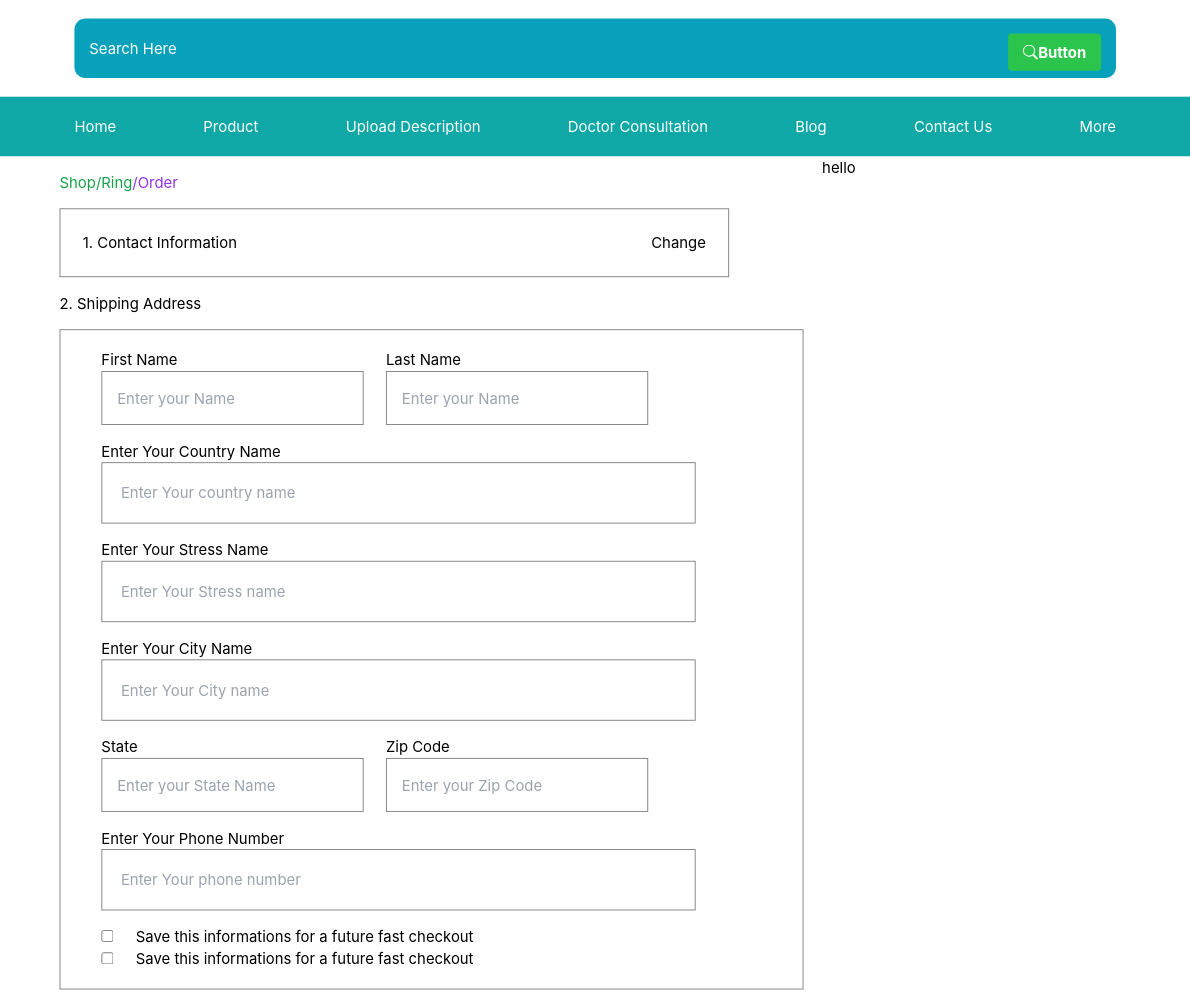
Repository: arafatmollah/form-pharma
Page: /
The author's editor kept a copy of each file at every save. The page is drawn from the files as they stood at one save, then again after a run of saves.
The browser window is 1280 px wide. The pictures show the whole page, at 93% of full size.
The project was rebuilt for these pictures with package versions that can differ from the ones it lists, and the page was loaded fresh each time.

Above is the page before, as saved 2023-03-15 00:11:19.

After the next 4 saves:
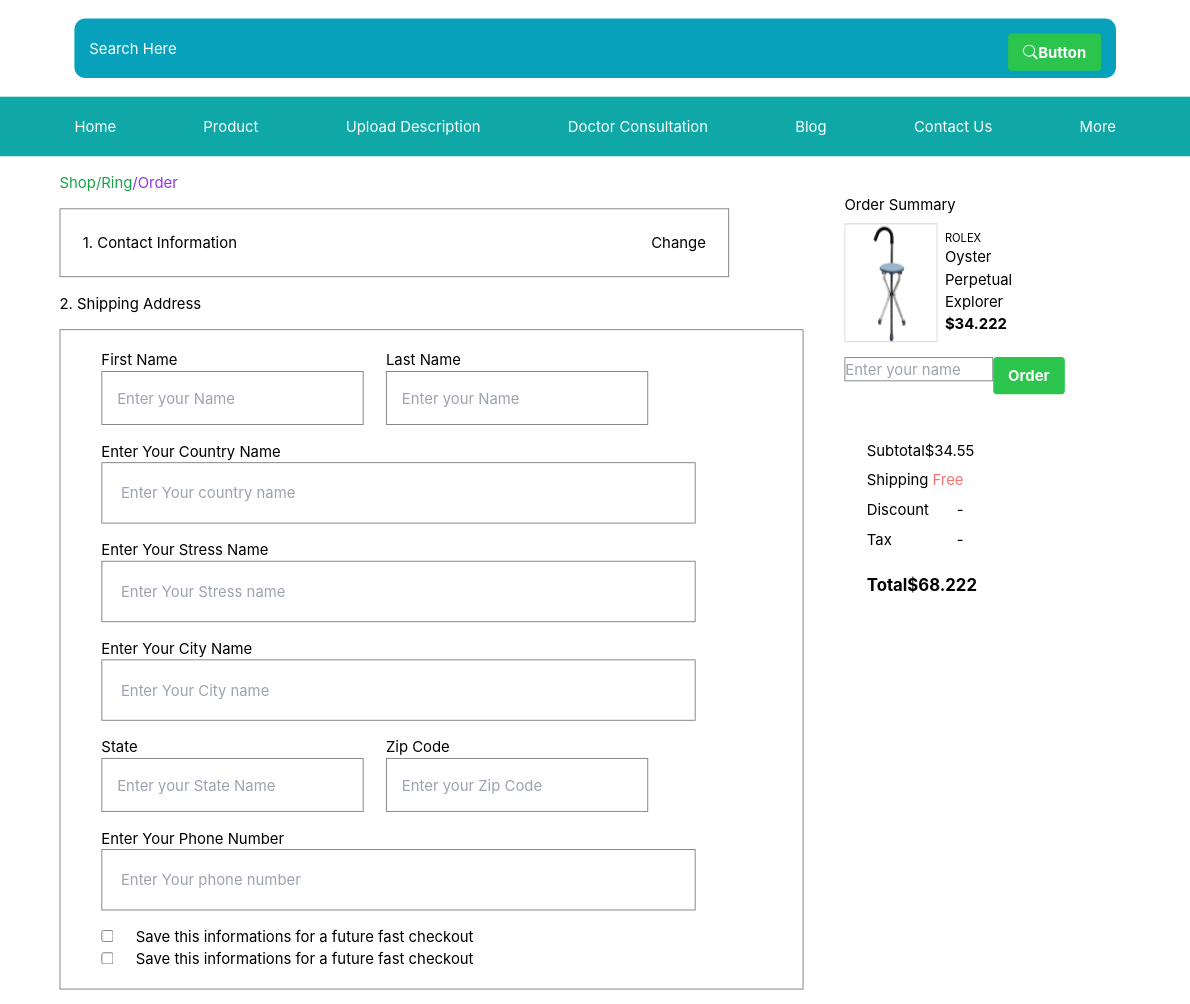
The 4 saves are shown as one change because 3 did not build or start.
The last was saved 6 min 17 s later.
--- a/src/Form.js
+++ b/src/Form.js
@@ -1,4 +1,5 @@
 import React from 'react'
+import img from './images/img.png'
 
 function form() {
   return (
@@ -65,9 +66,48 @@ function form() {
             </div>
             </div>
             <div>
-              <div>
-                hello
-              </div>
+            <div className='summary p-6 my-4'>
+            Order Summary
+          <div className='flex justify-between my-2'>
+            <img src={img}></img>
+            <div className='mx-2 my-2'>
+              <p className='text-xs'>ROLEX</p>
+              <h3>Oyster Perpetual Explorer</h3>
+              <p className='font-bold'>$34.222</p>
+            </div>
+          </div>
+          <div className='flex justify-between mt-4'>
+            <form>
+              <input type='text' className="form w-40" placeholder="Enter your name"></input>
+            </form>
+            <button className='btn'>Order</button>
+          </div>
+          <div className='my-4 p-6'>
+            <div className='flex justify-between my-2'>
+              <p>Subtotal</p>
+              <p>$34.55</p>
+            </div>
+            <div className='flex justify-between'>
+              <p>Shipping</p>
+              <p className='text-red-400'>Free</p>
+            </div>
+            <div className='flex justify-between my-2'>
+              <p>Discount</p>
+              <p>-</p>
+            </div>
+            <div className='flex justify-between'>
+              <p>Tax</p>
+              <p>-</p>
+            </div>
+            <div className='flex justify-between'>
+              <lr></lr>
+            </div><div className='flex justify-between mt-6'>
+              <p className='text-lg font-bold'>Total</p>
+              <p className='text-lg font-bold'>$68.222</p>
+            </div>
+
+          </div>
+        </div>
             </div>
         </div>
     </div>
